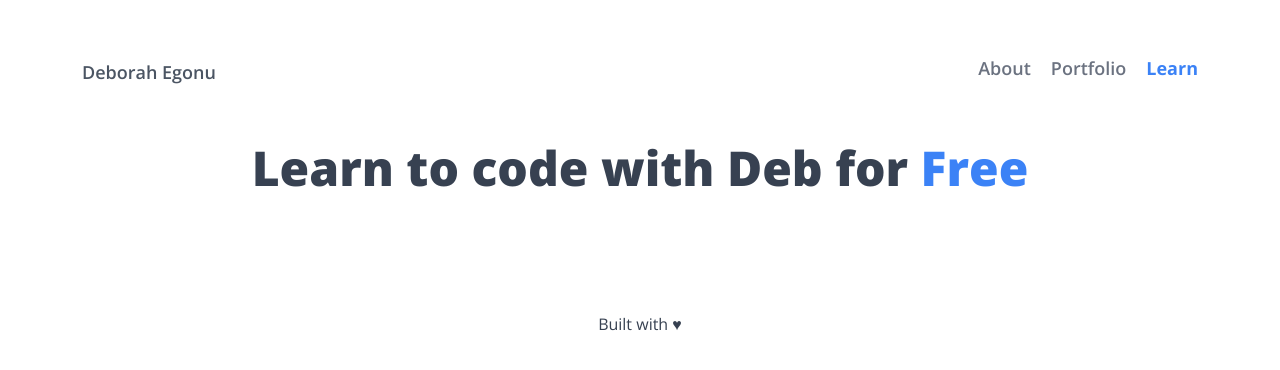
Repository: latenightsnacc/codewithdeb
Page: learn/courses/HTML/getting-started.html
The author's editor kept a copy of each file at every save. The page is drawn from the files as they stood at one save, then again after the next save.
The browser window is 1280 px wide. The pictures show the whole page.
The style sheet was rebuilt from its Sass, Less or Tailwind sources for each picture, by a compiler version that may differ from the author's.

Above is the page before, as saved 2021-06-07 14:08:31.

### learn/courses/HTML/getting-started.html
<!DOCTYPE html>
<html lang="en">
    <head>
        <meta charset="UTF-8">
        <meta http-equiv="X-UA-Compatible" content="IE=edge">
        <meta name="viewport" content="width=device-width, initial-scale=1.0">
        <!--TAILWIND CDN-->
        <link href="https://unpkg.com/tailwindcss@^2/dist/tailwind.min.css" rel="stylesheet">
        <!--BOOTSTRAP CDN-->
        <link href="https://cdn.jsdelivr.net/npm/bootstrap@5.0.1/dist/css/bootstrap.min.css" rel="stylesheet" integrity="sha384-+0n0xVW2eSR5OomGNYDnhzAbDsOXxcvSN1TPprVMTNDbiYZCxYbOOl7+AMvyTG2x" crossorigin="anonymous">
         <!--CUSTOM CSS-->
        <link rel="stylesheet" href="stylesheet.css">
        <!--Page Title-->
        <title>LEARN WITH DEBORAH EGONU</title>
    </head>
<body class="bg-white">
    <!--SPACER-->
    <div class="h-12"></div>
    <!--NAVIGATION BAR / HEADER-->
    <nav>
        <div class="container">
            <div class="flex flex-row justify-between h-12 items-center">
                <!--LOGO-->
                <a href="index.html" class="no-underline font-semibold text-gray-600 capitalize text-lg hover:text-blue-500">
                    Deborah Egonu
                </a>
                <!--MENU-->
                <ul class="flex flex-row h-100 items-center pt-2">
                    <li class="mr-5">
                        <a href="about.html" class="no-underline font-semibold text-gray-500 capitalize text-lg hover:text-blue-500">about</a>
                    </li>
                    <li class="mr-5">
                        <a href="portfolio.html" class="no-underline font-semibold text-gray-500 capitalize text-lg hover:text-blue-500">portfolio</a>
                    </li>
                    <li class="">
                        <a href="learn.html" class="no-underline font-bold text-blue-500 capitalize text-lg hover:text-blue-500">learn</a>
                    </li>
                </ul>
            </div>

        </div>
    </nav>
    <!--SPACER-->
    <div class="h-12"></div>
    <!--H1 TEXT-->
    <div class="container">
        <h1 class="text-center font-black text-2xl md:text-4xl lg:text-5xl text-gray-700">Learn to code with Deb for <span class="text-blue-500">Free</span></h1>
    </div>
    <!--SPACER-->
    <div class="h-16"></div>
     <!--SPACER-->
     <div class="h-12"></div>
     <footer>
         <div class="container">
             <p class="text-center text-gray-700">Built with &hearts;</p>
         </div>
     </footer>
 </body>
 </html>

### stylesheet.scss
@import url('https://fonts.googleapis.com/css2?family=Open+Sans:wght@300;400;600;700;800&display=swap');
h1, body, a {
    font-family: 'Open Sans', sans-serif;
}

After the next save:
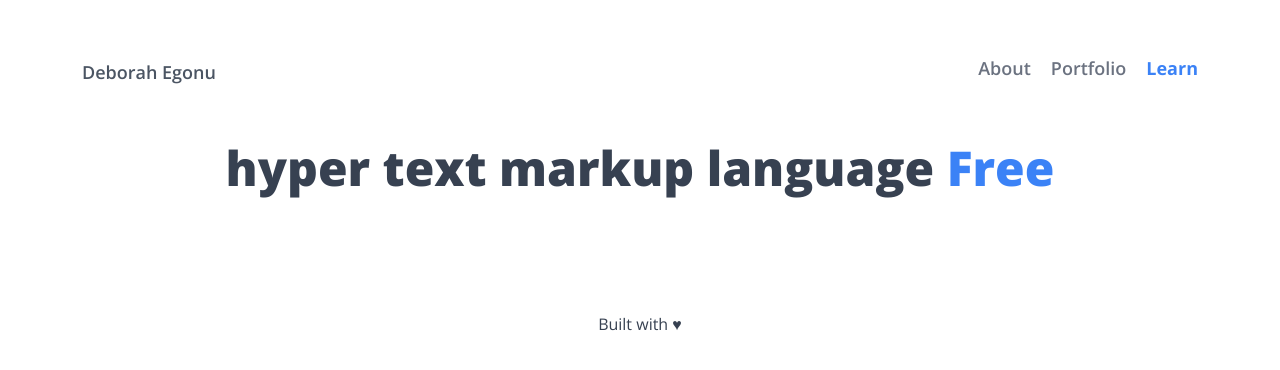
Saved 72 s later.
--- a/learn/courses/HTML/getting-started.html
+++ b/learn/courses/HTML/getting-started.html
@@ -11,7 +11,7 @@
          <!--CUSTOM CSS-->
         <link rel="stylesheet" href="stylesheet.css">
         <!--Page Title-->
-        <title>LEARN WITH DEBORAH EGONU</title>
+        <title>HYPER TEXT MARKUP LANGUAGE - FREE COURSES | DEBORAH EGONU</title>
     </head>
 <body class="bg-white">
     <!--SPACER-->
@@ -44,7 +44,7 @@
     <div class="h-12"></div>
     <!--H1 TEXT-->
     <div class="container">
-        <h1 class="text-center font-black text-2xl md:text-4xl lg:text-5xl text-gray-700">Learn to code with Deb for <span class="text-blue-500">Free</span></h1>
+        <h1 class="text-center font-black text-2xl md:text-4xl lg:text-5xl text-gray-700">hyper text markup language <span class="text-blue-500">Free</span></h1>
     </div>
     <!--SPACER-->
     <div class="h-16"></div>
